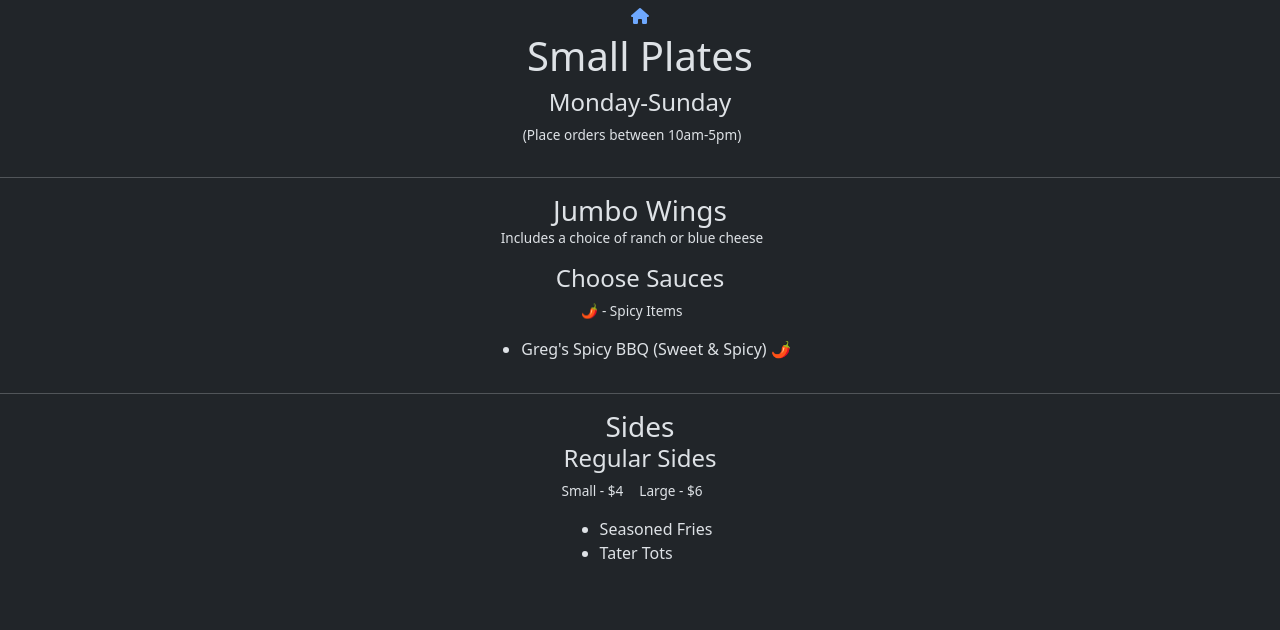
Repository: dukedward/smokehousemenu
Page: plates/index.html
An editor plug-in stored every save of this project. The page is shown before and after the next save, followed by the edit.
The browser window is 1280 px wide. The pictures show the whole page.
Some web libraries are served in a nearby version.

Above is the page before, as saved 2023-03-06 13:28:14.

After the next save:
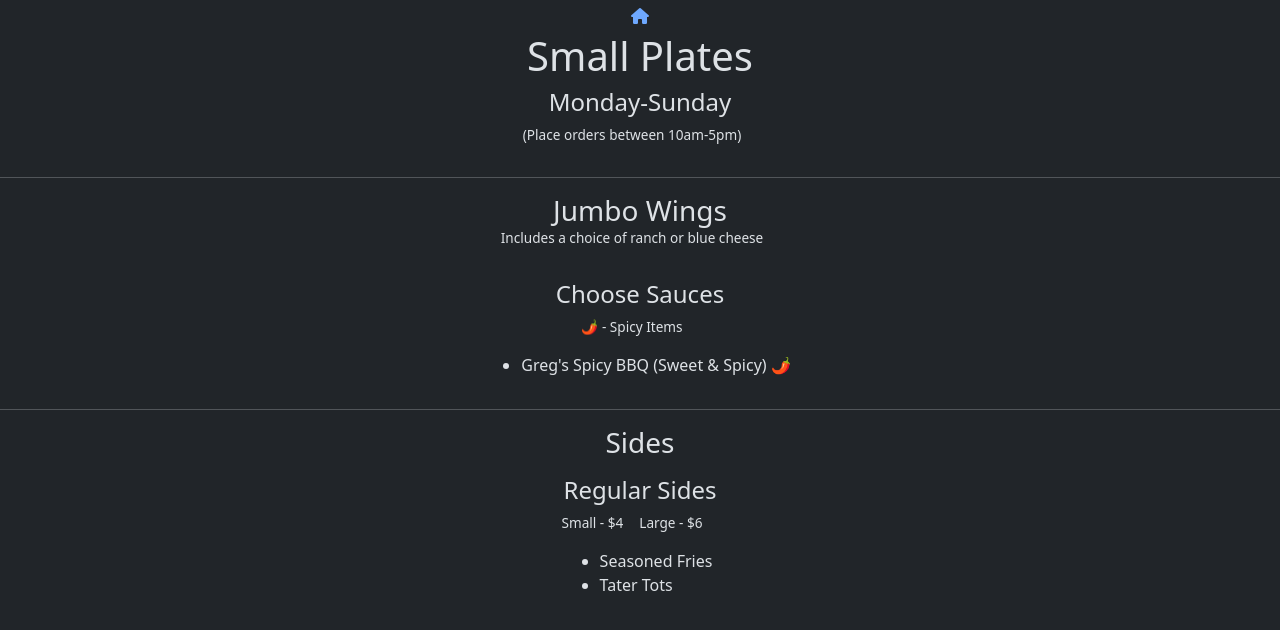
Saved 16 s later.
--- a/style.css
+++ b/style.css
@@ -18,6 +18,7 @@
 	flex-direction: column;
 	justify-content: left;
 	align-items: center;
+	margin-top: 1rem;
 }
 
 .sect h2,h3 {
